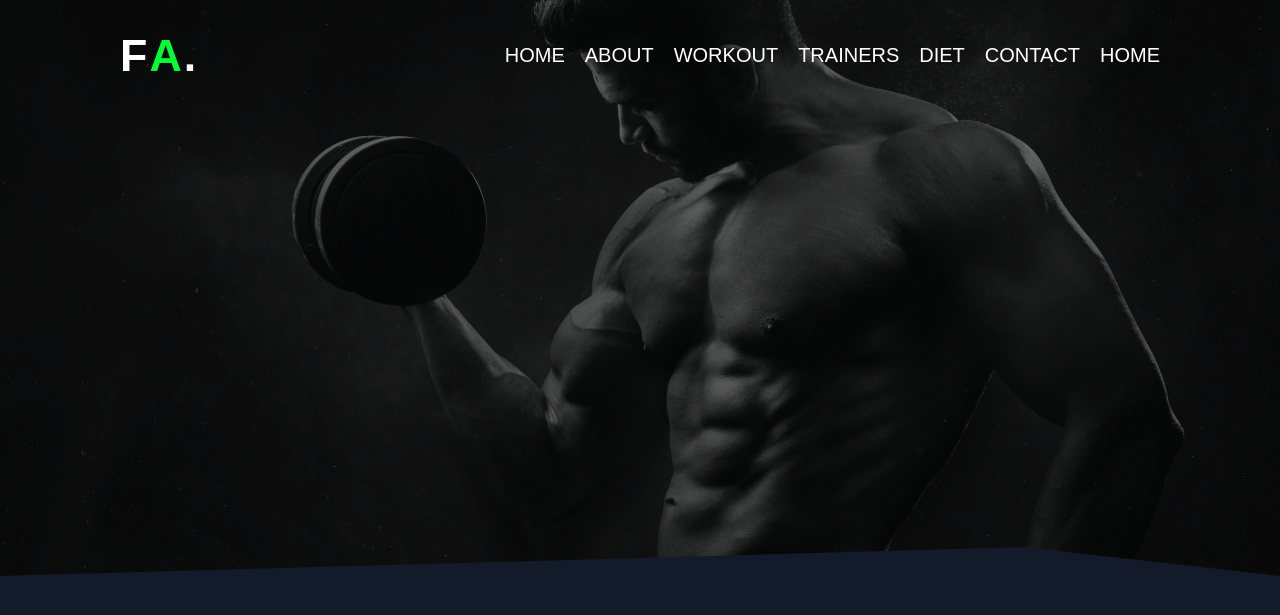
Repository: guilhermecardoso93/fitapex
Page: index.html
These files come from the project's save history. The page is drawn as it stood at one moment and after the next save; the edit follows.
The browser window is 1280 px wide. The pictures show the whole page.

Above is the page before, as saved 2023-03-05 20:47:03.

After the next save:
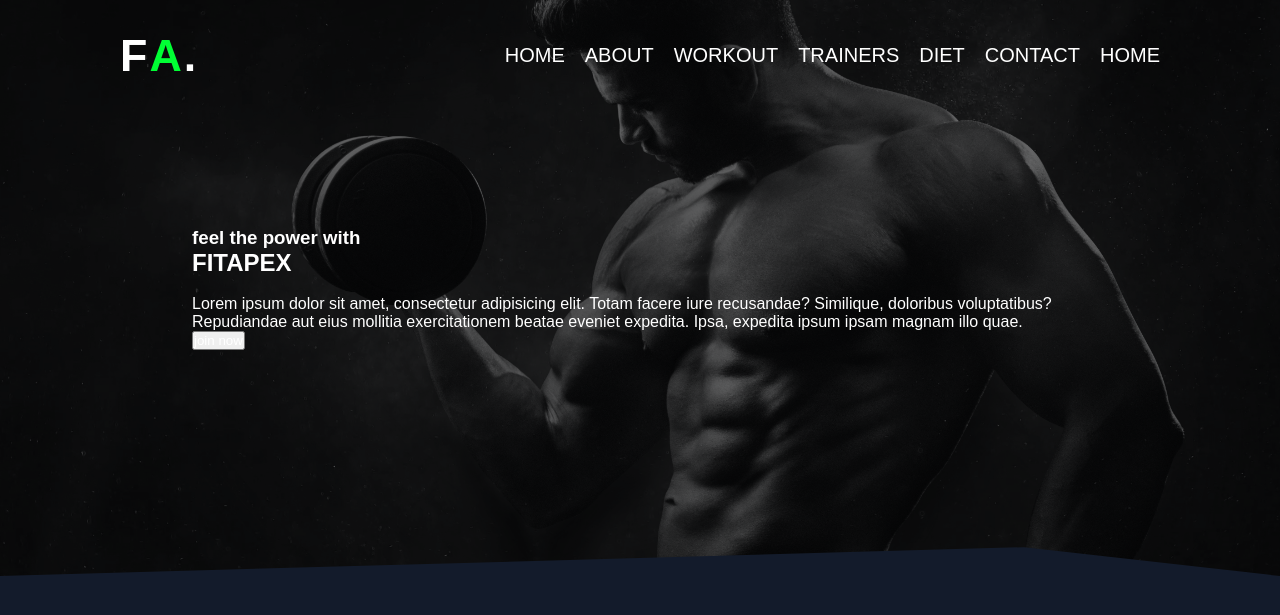
Saved 27 s later.
--- a/css/_home.css
+++ b/css/_home.css
@@ -20,5 +20,5 @@
   width: 70%;
   position: relative;
   display: inline-block;
-
+  z-index: 11;
 }
